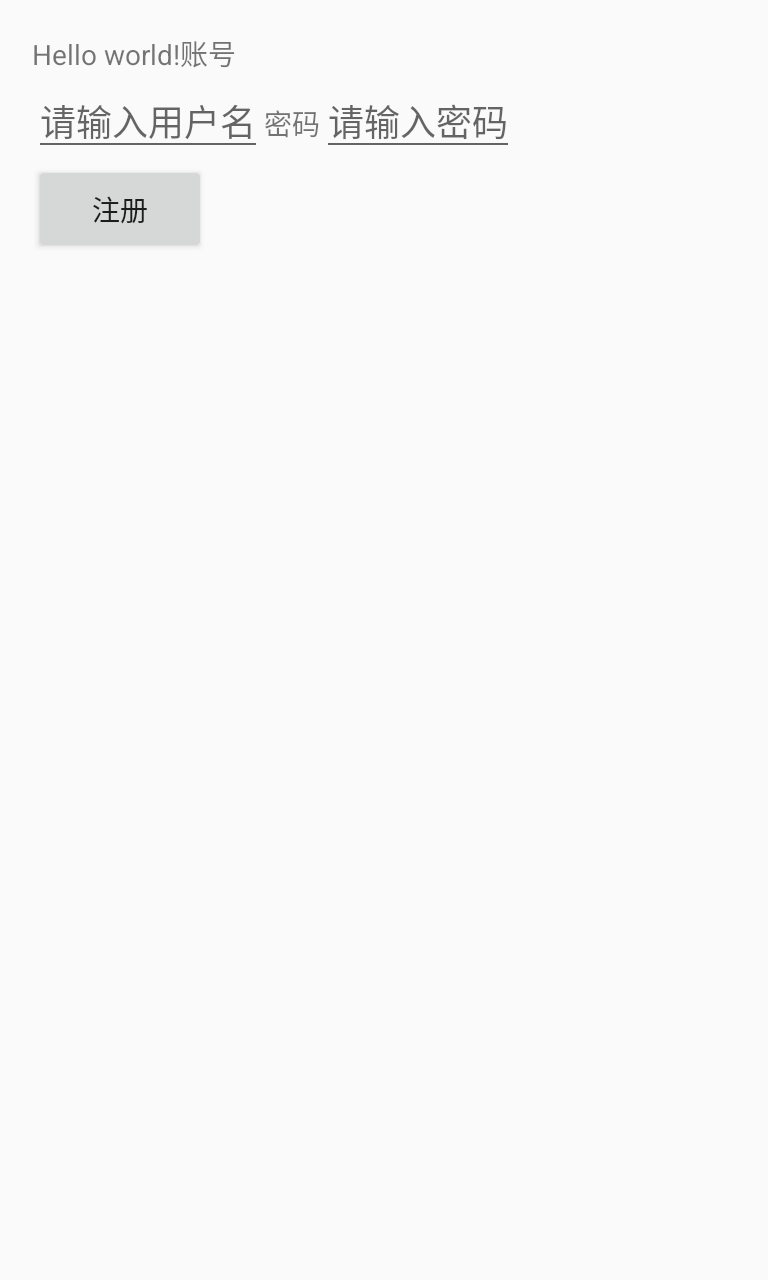
Repository: zzznn/Android_and_java
Layout: work/Day0203/res/layout/activity_main.xml
These files come from the project's save history. The layout is drawn as it stood at one moment and after the next save; the edit follows.
It is drawn on a 768 x 1280 px phone screen (xhdpi) without system bars, with theme AppTheme; the app's code is not run.

Above is the layout before, as saved 2018-01-03 09:36:29.

### work/Day0203/res/layout/activity_main.xml
<LinearLayout xmlns:android="http://schemas.android.com/apk/res/android"
    xmlns:tools="http://schemas.android.com/tools"
    android:layout_width="match_parent"
    android:layout_height="match_parent"
    android:paddingBottom="@dimen/activity_vertical_margin"
    android:paddingLeft="@dimen/activity_horizontal_margin"
    android:paddingRight="@dimen/activity_horizontal_margin"
    android:paddingTop="@dimen/activity_vertical_margin"
    android:orientation="vertical"
    tools:context="com.kevin.day0203.MainActivity" >


    <LinearLayout
        android:layout_width="wrap_content"
        android:layout_height="wrap_content">
    <TextView
        android:layout_width="wrap_content"
        android:layout_height="wrap_content"
        android:text="@string/hello_world" />
    <TextView
        android:id="@+id/tv"
        android:layout_width="wrap_content"
        android:layout_height="wrap_content"
        android:text="账号"/>

    </LinearLayout>

    <LinearLayout
    	android:layout_width="wrap_content"
        android:layout_height="wrap_content">
    <EditText
        android:id="@+id/et_name"
        android:layout_width="wrap_content"
        android:layout_height="wrap_content"
        android:hint="请输入用户名"
        />

    <TextView
        android:id="@+id/tv_sec"
        android:layout_width="wrap_content"
        android:layout_height="wrap_content"
        android:text="密码"/>

    <EditText
        android:id="@+id/et_name1"
        android:layout_width="wrap_content"
        android:layout_height="wrap_content"
        android:inputType="textPassword"
        android:hint="请输入密码"
        />

    </LinearLayout>

    <Button
        android:id="@+id/btn"
        android:layout_width="wrap_content"
        android:layout_height="wrap_content"
        android:text="注册"
        />

</LinearLayout>

### work/Day0203/res/values/strings.xml
<?xml version="1.0" encoding="utf-8"?>
<resources>

    <string name="app_name">Day0203</string>
    <string name="hello_world">Hello world!</string>
    <string name="action_settings">Settings</string>

</resources>

Loaded but not shown: work/Day0203/res/values/styles.xml (common file); work/Day0203/res/values-v11/styles.xml (common file); work/Day0203/res/values-v14/styles.xml (common file); work/Day0203/res/values/dimens.xml (common file); work/Day0203/res/values-w820dp/dimens.xml (common file)

After the next save:
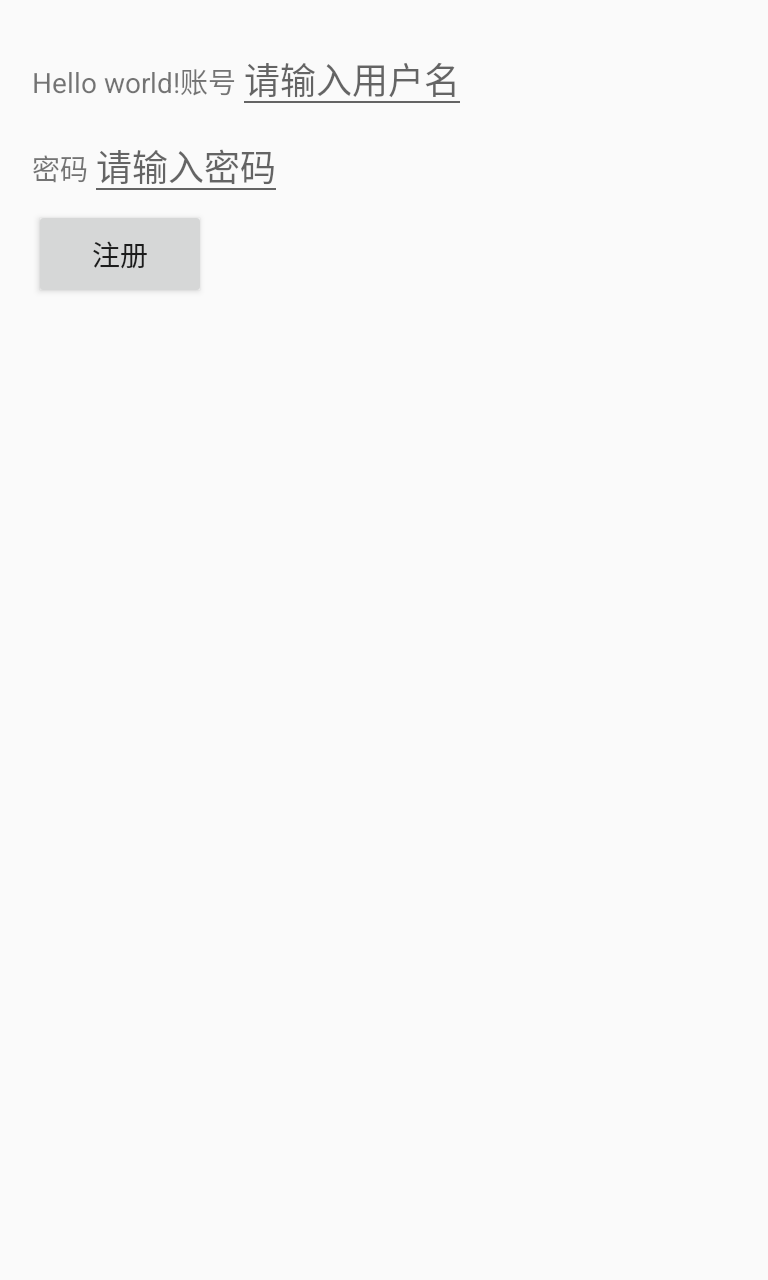
Saved 24 s later.
--- a/work/Day0203/res/layout/activity_main.xml
+++ b/work/Day0203/res/layout/activity_main.xml
@@ -23,18 +23,21 @@
         android:layout_height="wrap_content"
         android:text="账号"/>
 
-    </LinearLayout>
 
-    <LinearLayout
-    	android:layout_width="wrap_content"
-        android:layout_height="wrap_content">
+
     <EditText
         android:id="@+id/et_name"
         android:layout_width="wrap_content"
         android:layout_height="wrap_content"
         android:hint="请输入用户名"
         />
+    </LinearLayout>
 
+
+
+    <LinearLayout
+    	android:layout_width="wrap_content"
+        android:layout_height="wrap_content">
     <TextView
         android:id="@+id/tv_sec"
         android:layout_width="wrap_content"
